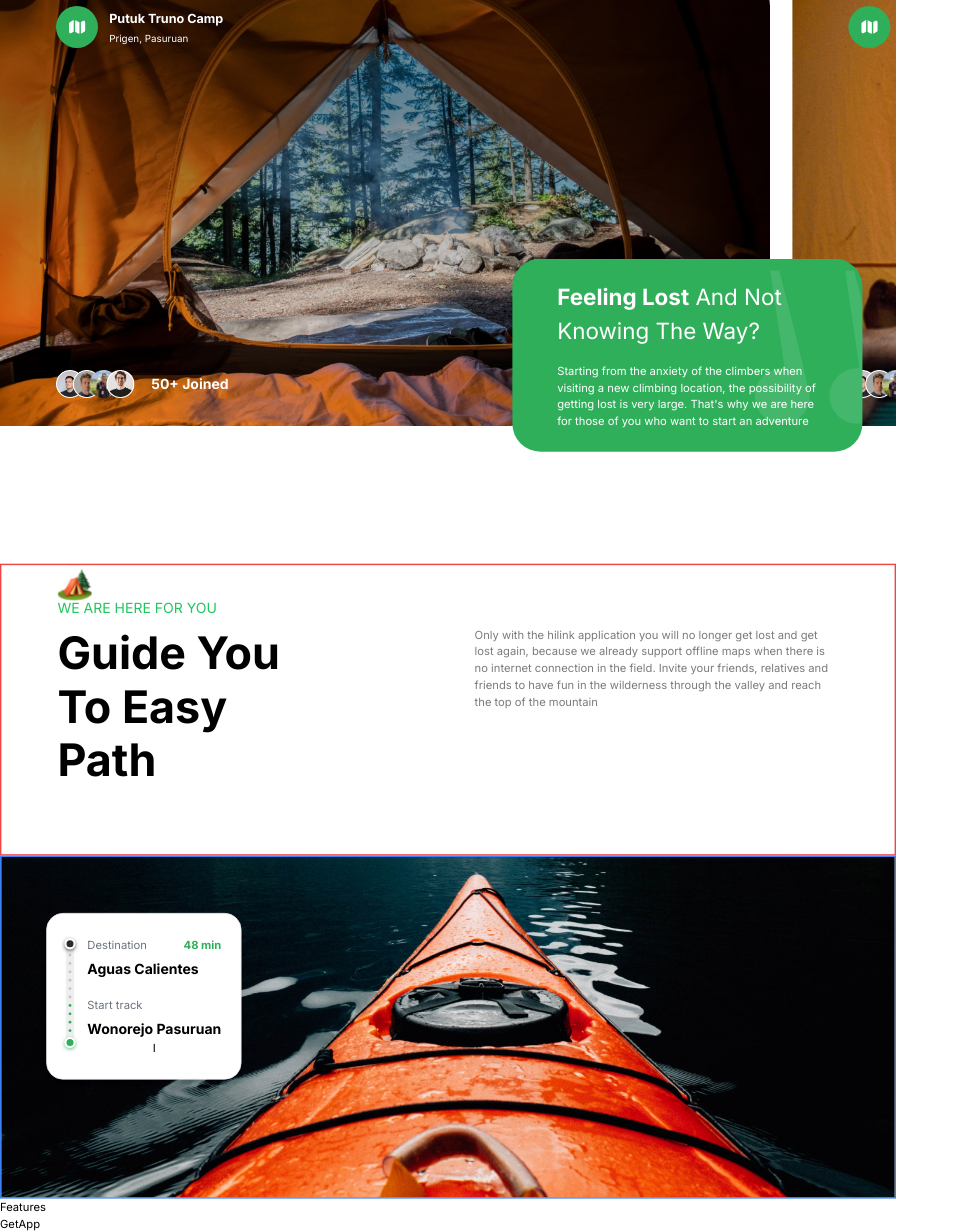
Repository: abdulrahmanmahmood/Travel-App
Page: /
These files come from the project's save history. The page is drawn as it stood at one moment and after the next save; the edit follows.
The browser window is 1280 px wide. The page is 1392 px wide, so the pictures cover 1392 px, including what lies to the right of the window. The pictures show the part of the page from y = 966 to 2726 px (the page is 2726 px tall before and 2724 px after), at 70% of full size.
The project was rebuilt for these pictures with package versions that can differ from the ones it lists, and the page was loaded fresh each time. The framework's server and built-in components were replaced by stand-ins that run in the browser. Also part of the build but not shown: next.config.js.

Above is the page before, as saved 2023-11-08 11:19:01.

After the next save:
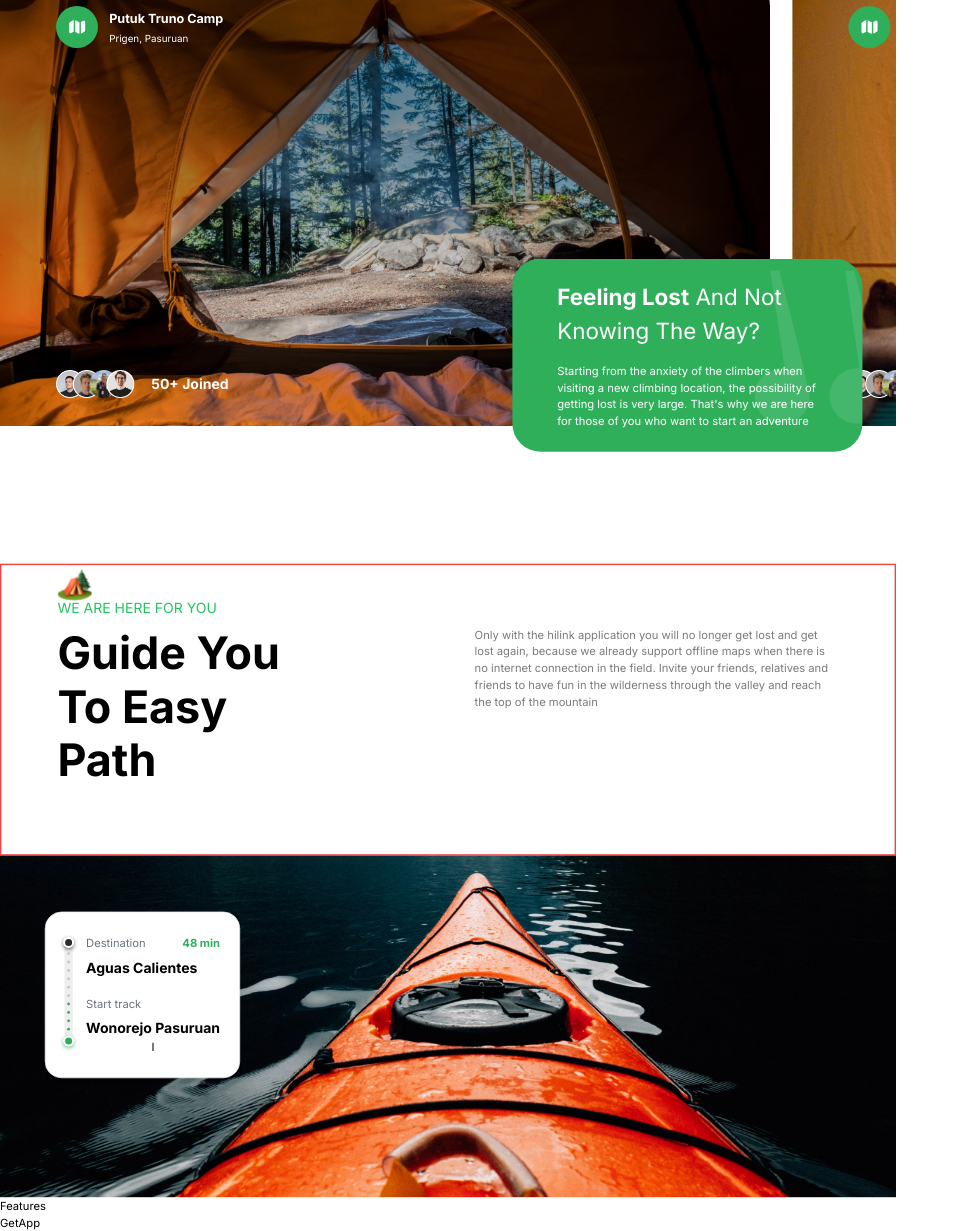
Saved 41 s later.
--- a/components/Guide.tsx
+++ b/components/Guide.tsx
@@ -21,7 +21,7 @@ function Guide() {
           </p>
         </div>
       </div>
-      <div className=" flexCenter max-container relative w-full border-2 border-blue-500 ">
+      <div className=" flexCenter max-container relative w-full ">
         <Image
           src="/boat.png"
           alt="image"
